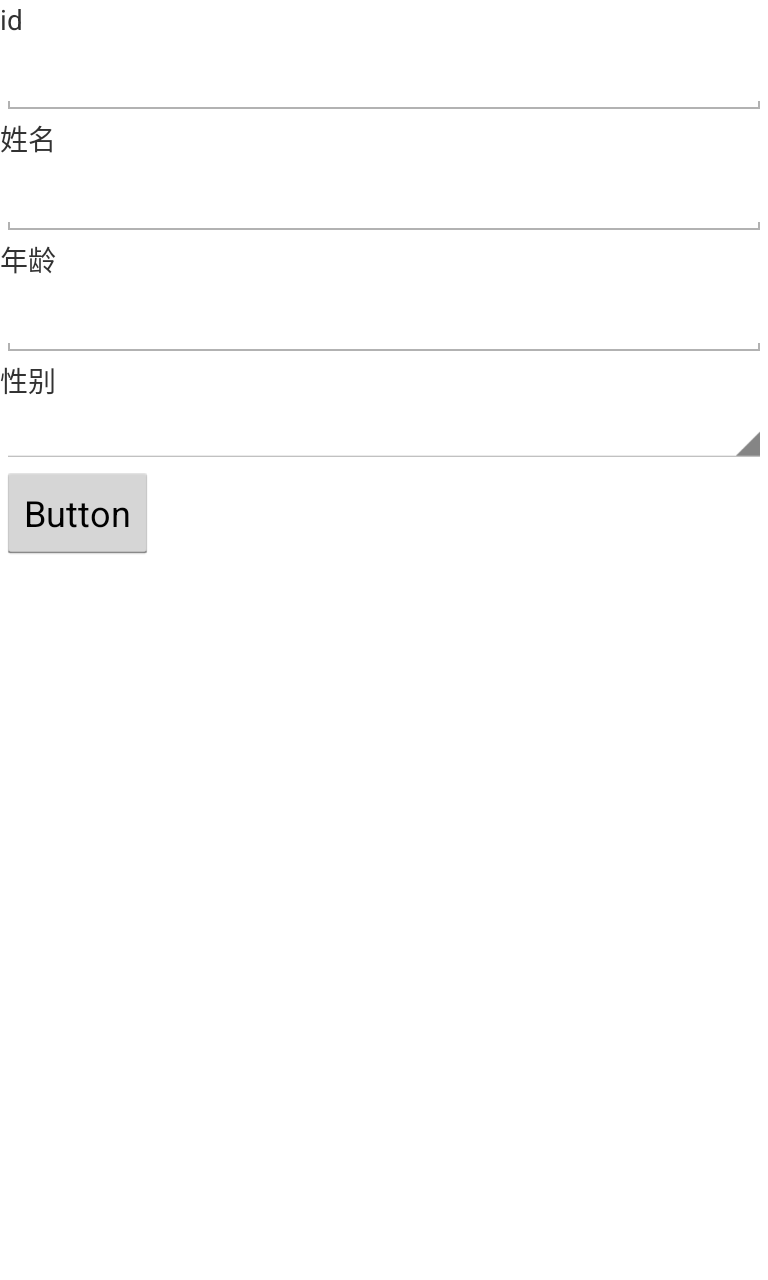
Repository: superlikex/Android_task
Layout: DatabaseTest/res/layout/activity_set.xml
An editor plug-in stored every save of this project. The layout is shown before and after the next save, followed by the edit.
It is drawn on a 768 x 1280 px phone screen (xhdpi) without system bars, with theme AppTheme; the app's code is not run.

Above is the layout before, as saved 2015-12-06 06:53:04.

### DatabaseTest/res/layout/activity_set.xml
<?xml version="1.0" encoding="utf-8"?>
<LinearLayout xmlns:android="http://schemas.android.com/apk/res/android"
    android:layout_width="match_parent"
    android:layout_height="match_parent"
    android:orientation="vertical" >
       <TextView
        android:id="@+id/text_id"
        android:layout_width="wrap_content"
        android:layout_height="wrap_content"
        android:text="id" />

         <EditText
        android:id="@+id/edit_id"
        android:layout_width="match_parent"
        android:layout_height="wrap_content"
        android:ems="10" >
        </EditText>



     <TextView
        android:id="@+id/text_name"
        android:layout_width="wrap_content"
        android:layout_height="wrap_content"
        android:text="姓名" />

    <EditText
        android:id="@+id/edit_name"
        android:layout_width="match_parent"
        android:layout_height="wrap_content"
        android:ems="10" >


    </EditText>

    <TextView
        android:id="@+id/text_age"
        android:layout_width="wrap_content"
        android:layout_height="wrap_content"
        android:text="年龄" />

    <EditText
        android:id="@+id/edit_age"
        android:layout_width="match_parent"
        android:layout_height="wrap_content"
        android:ems="10"
        android:inputType="number" />

    <TextView
        android:id="@+id/text_sex"
        android:layout_width="wrap_content"
        android:layout_height="wrap_content"
        android:text="性别" />

    <Spinner
        android:id="@+id/spin_sex"
        android:layout_width="match_parent"
        android:layout_height="wrap_content" />

    <Button
        android:id="@+id/button1"
        android:layout_width="wrap_content"
        android:layout_height="wrap_content"
        android:text="Button" />

</LinearLayout>

Loaded but not shown: DatabaseTest/res/values/styles.xml (common file); DatabaseTest/res/values-v11/styles.xml (common file); DatabaseTest/res/values-v14/styles.xml (common file)

After the next save:
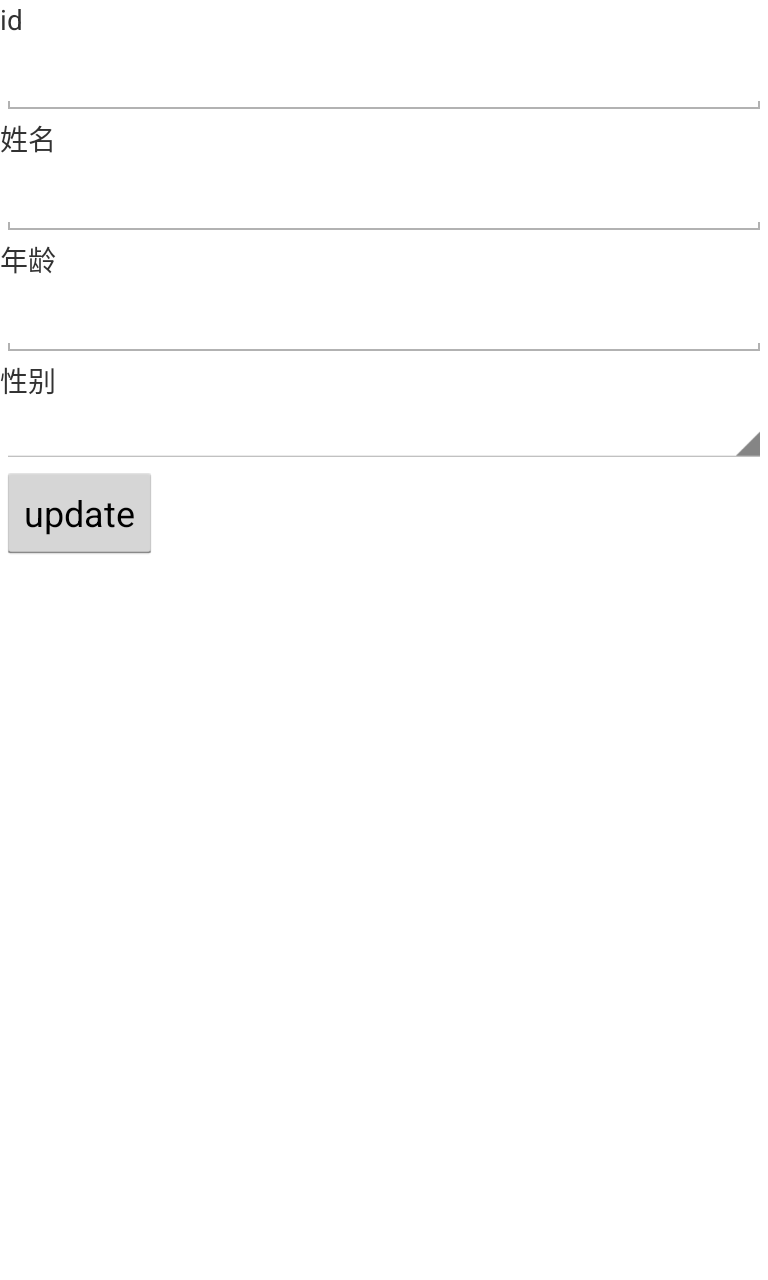
Saved 8 min 21 s later.
--- a/DatabaseTest/res/layout/activity_set.xml
+++ b/DatabaseTest/res/layout/activity_set.xml
@@ -58,9 +58,9 @@
         android:layout_height="wrap_content" />
 
     <Button
-        android:id="@+id/button1"
+        android:id="@+id/bt_commit"
         android:layout_width="wrap_content"
         android:layout_height="wrap_content"
-        android:text="Button" />
+        android:text="update" />
 
 </LinearLayout>
